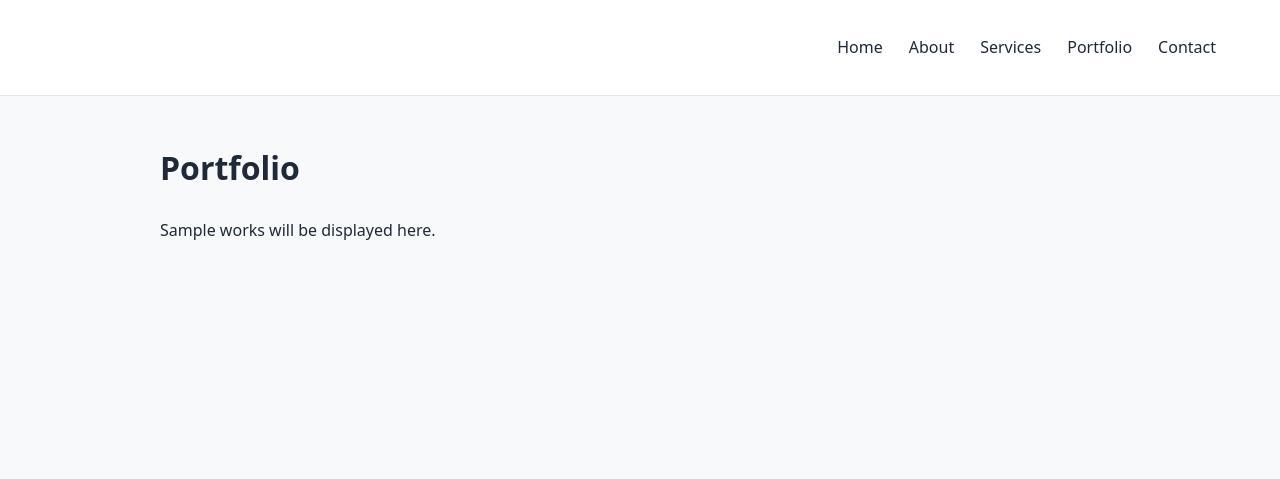
Repository: aljonvega18/Portfolio
Page: portfolio.html
These files come from the project's save history. The page is drawn as it stood at one moment and after the next save; the edit follows.
The browser window is 1280 px wide. The pictures show the whole page.

Above is the page before, as saved 2026-02-02 16:50:33.

After the next save:
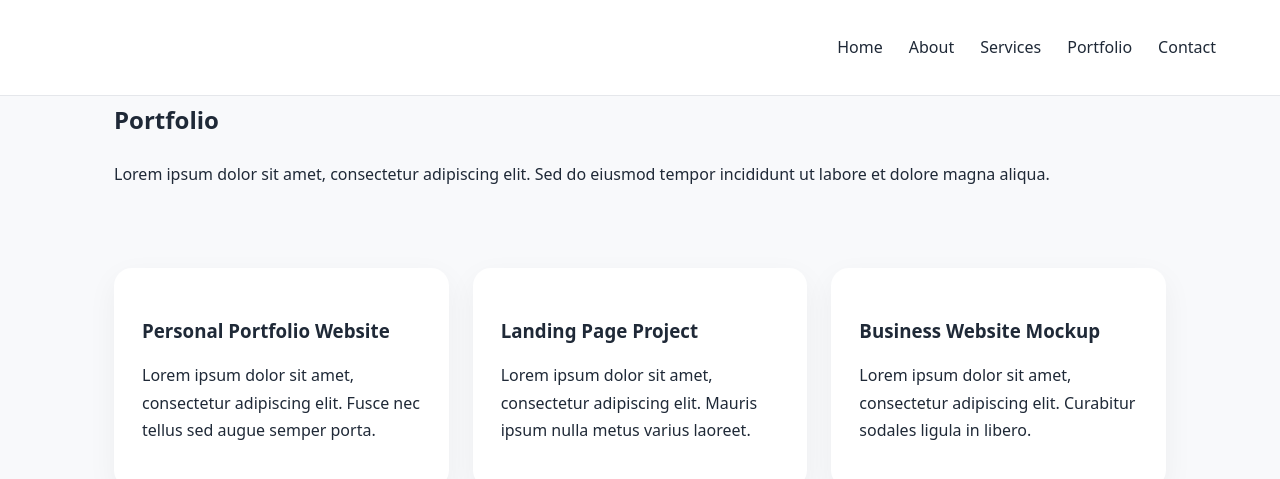
Saved 13 s later.
--- a/portfolio.html
+++ b/portfolio.html
@@ -1,12 +1,14 @@
 <!DOCTYPE html>
 <html lang="en">
 <head>
-    <meta charset="UTF-8">
-    <meta name="viewport" content="width=device-width, initial-scale=1.0">
-    <title>Aljon Vega | Junior Dev Portfolio</title>
-    <link rel="stylesheet" href="style.css">
+<meta charset="UTF-8">
+<meta name="viewport" content="width=device-width, initial-scale=1.0">
+<title>Portfolio | Aljon Vega</title>
+<link rel="stylesheet" href="style.css">
 </head>
+
 <body>
+
 <header>
     <div class="navbar">
         <nav>
@@ -21,9 +23,41 @@
     </div>
 </header>
 
-<main style="padding-top:120px; max-width:1000px; margin:auto; padding:120px 20px;">
-    <h1>Portfolio</h1>
-    <p>Sample works will be displayed here.</p>
+<main>
+    <section>
+        <h1>Portfolio</h1>
+        <p>
+            Lorem ipsum dolor sit amet, consectetur adipiscing elit. Sed do eiusmod tempor incididunt ut labore et dolore magna aliqua.
+        </p>
+    </section>
+
+    <section class="grid-section">
+        <div class="card-grid">
+
+            <div class="card">
+                <h3>Personal Portfolio Website</h3>
+                <p>
+                    Lorem ipsum dolor sit amet, consectetur adipiscing elit. Fusce nec tellus sed augue semper porta.
+                </p>
+            </div>
+
+            <div class="card">
+                <h3>Landing Page Project</h3>
+                <p>
+                    Lorem ipsum dolor sit amet, consectetur adipiscing elit. Mauris ipsum nulla metus varius laoreet.
+                </p>
+            </div>
+
+            <div class="card">
+                <h3>Business Website Mockup</h3>
+                <p>
+                    Lorem ipsum dolor sit amet, consectetur adipiscing elit. Curabitur sodales ligula in libero.
+                </p>
+            </div>
+
+        </div>
+    </section>
 </main>
+
 </body>
 </html>
